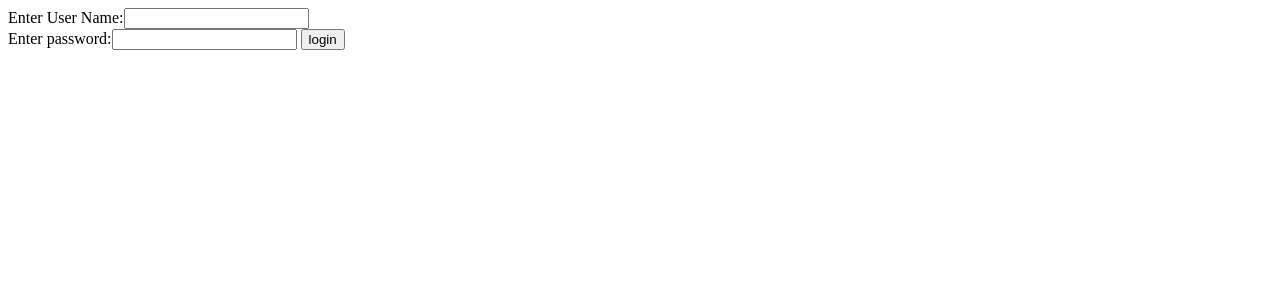
Repository: mugdha97/JSPServlet
Page: http://localhost/com.bridgelabz.loginRegister/login.jsp
These files come from the project's save history. The page is drawn as it stood at one moment and after the next save; the edit follows.
The browser window is 1280 px wide. The pictures show the whole page.
The page is served by Tomcat 9.

Above is the page before, as saved 2019-10-18 05:19:09.

After the next save:
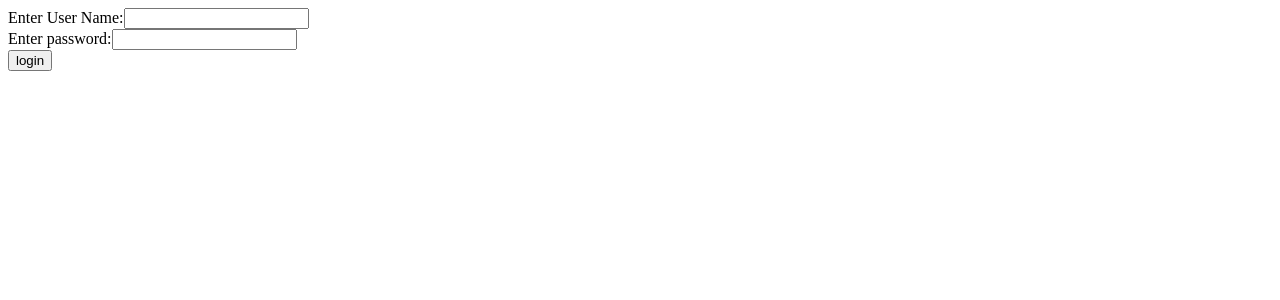
Saved 19 s later.
--- a/com.bridgelabz.loginRegister/WebContent/login.jsp
+++ b/com.bridgelabz.loginRegister/WebContent/login.jsp
@@ -9,7 +9,7 @@
 <body>
 <form action="login">
 Enter User Name:<input type="text" name="uname"><br>
-Enter password:<input type="password" name="password">
+Enter password:<input type="password" name="password"><br>
 <input type="submit" value="login">
 
 </form>
